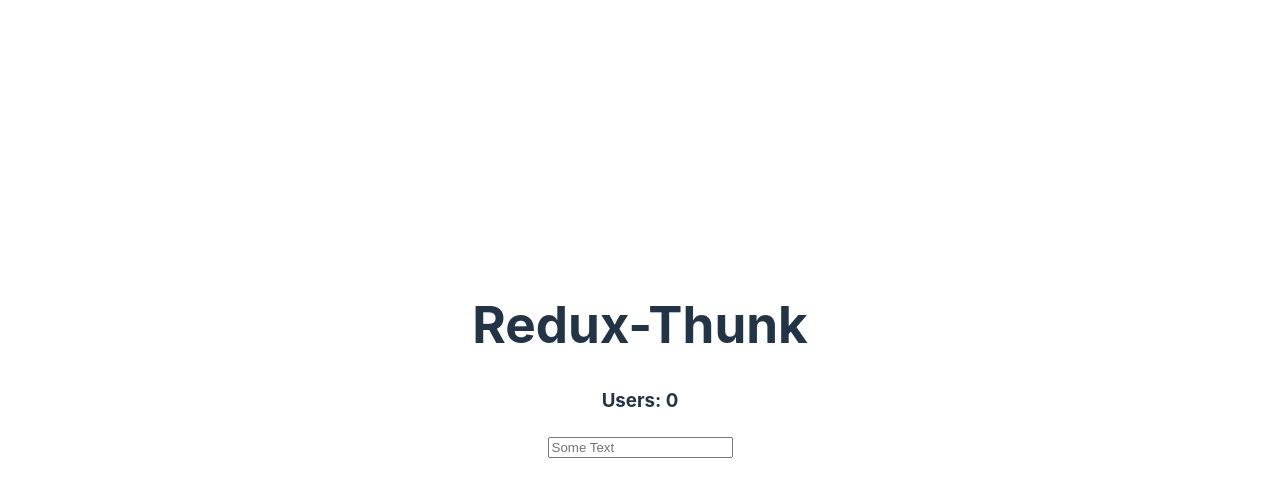
Repository: iveivs/mNepRe
Page: / (app in redux/redux-thunk/)
An editor plug-in stored every save of this project. The page is shown before and after a run of saves, followed by the edit.
The browser window is 1280 px wide. The pictures show the whole page.
The page's requests for data from a server got no answer. The project was rebuilt for these pictures with package versions that can differ from the ones it lists, and the page was loaded fresh each time. No one was signed in, and anything a server would have sent is missing. Also part of the build but not shown: redux/redux-thunk/vite.config.js.

Above is the page before, as saved 2024-03-21 16:02:29.

### redux/redux-thunk/src/main.jsx
import React from 'react'
import ReactDOM from 'react-dom/client'
import App from './App.jsx'
import './index.css'
import { Provider } from 'react-redux'
import { store } from './store/index.jsx'

ReactDOM.createRoot(document.getElementById('root')).render(
  <React.StrictMode>
    <Provider store={store}>
      <App />
    </Provider>

  </React.StrictMode>,
)

### redux/redux-thunk/src/App.jsx
import { Users } from './components/Users'
import { TodoList } from './components/TodoList'
import { useEffect } from 'react'
import { useDispatch } from 'react-redux'
import { loadUsers } from './users/users-actions'

import './App.css'

function App() {
  const dispatch = useDispatch()

  useEffect(() => {
    dispatch(loadUsers())
  }, [])
  return (
    <>
      <h1>Redux-Thunk</h1>
      <Users />
      < TodoList />
    </>
  )
}

export default App

### redux/redux-thunk/src/store/index.jsx
import { applyMiddleware, createStore } from "redux";
import { thunk } from "redux-thunk";
import { composeWithDevTools } from "@redux-devtools/extension";
import { rootReducer } from "./rootReducer";
export const store = createStore(
    rootReducer,
    composeWithDevTools(
        applyMiddleware(thunk),
    )
)

### redux/redux-thunk/src/components/Users.jsx
import { useSelector } from "react-redux"
export const Users = () => {
    const users = useSelector(state => state.users)
    return (
        <h3>
            Users: {users.length}
        </h3>
    )
}

### redux/redux-thunk/src/components/TodoList.jsx
import { useSelector } from "react-redux"
export const TodoList = () => {

    return (
        <>
        <input type="text"  placeholder="Some Text"/>
        </>
    )
}

### redux/redux-thunk/src/users/users-actions.jsx
export const ADD_USERS = "ADD_USERS"

export const addUsers = (users) => ({
    type: ADD_USERS,
    payload: users,
})

export const loadUsers = () => (dispatch) => {
    fetch("https://jsonplaceholder.typicode.com/users")
    .then(res => res.json())
    .then(data => dispatch(addUsers(data)))
}

### redux/redux-thunk/src/store/rootReducer.jsx
import { combineReducers } from "redux";
import { userReducer } from "../users/user-reducer";
import { todosReducer } from "../todos/todos-reducer";
export const rootReducer = combineReducers({
    users: userReducer,
    todos: todosReducer,
})

### redux/redux-thunk/src/users/user-reducer.jsx
import { ADD_USERS } from "./users-actions"
export const userReducer = (state = [], action) => {
    switch(action.type) {
        case ADD_USERS: {
            return action.payload
        }
        default:
            return state
    }
}

### redux/redux-thunk/src/todos/todos-reducer.jsx
import { ADD_TODOS } from "./todos-action"

export const todosReducer = (state = [], action) => {
    switch(action.type) {
        case(ADD_TODOS): {
            return action.payload
        }
        default:
            return state
    }
}

### redux/redux-thunk/src/todos/todos-action.jsx
export const ADD_TODOS = 'ADD_TODOS'

export const addTodos = (todos) => ({
        type: ADD_TODOS,
        payload: todos
})

export const loadTodos = () => (dispatch) => {
    fetch('https://jsonplaceholder.typicode.com/todos')
    .then(res => res.json())
    .then(data => dispatch(addTodos(data)))
}

Loaded but not shown: redux/redux-thunk/index.html (common file); redux/redux-thunk/src/index.css (common file); redux/redux-thunk/src/App.css (common file)

After the next 4 saves:
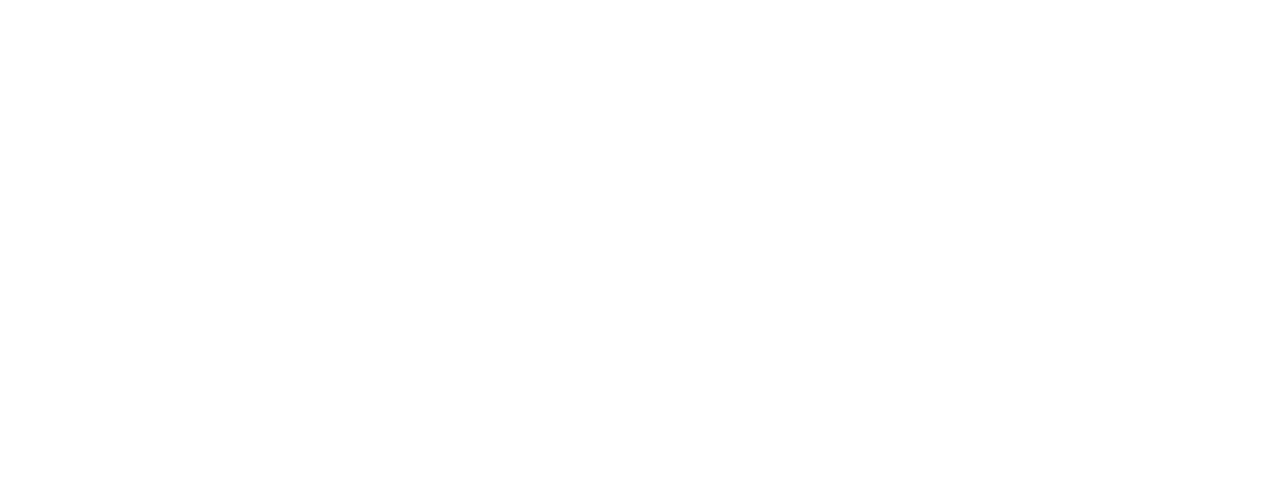
Console error (its wording comes from the project's code and is left out).
The 4 saves are shown as one change because they came seconds apart.
The last was saved 13 s later.
--- a/redux/redux-thunk/src/components/TodoList.jsx
+++ b/redux/redux-thunk/src/components/TodoList.jsx
@@ -1,6 +1,6 @@
 import { useSelector } from "react-redux"
 export const TodoList = () => {
-
+    const todos = useSelector()
     return (
         <>
         <input type="text"  placeholder="Some Text"/>

After the 2 saves that followed:
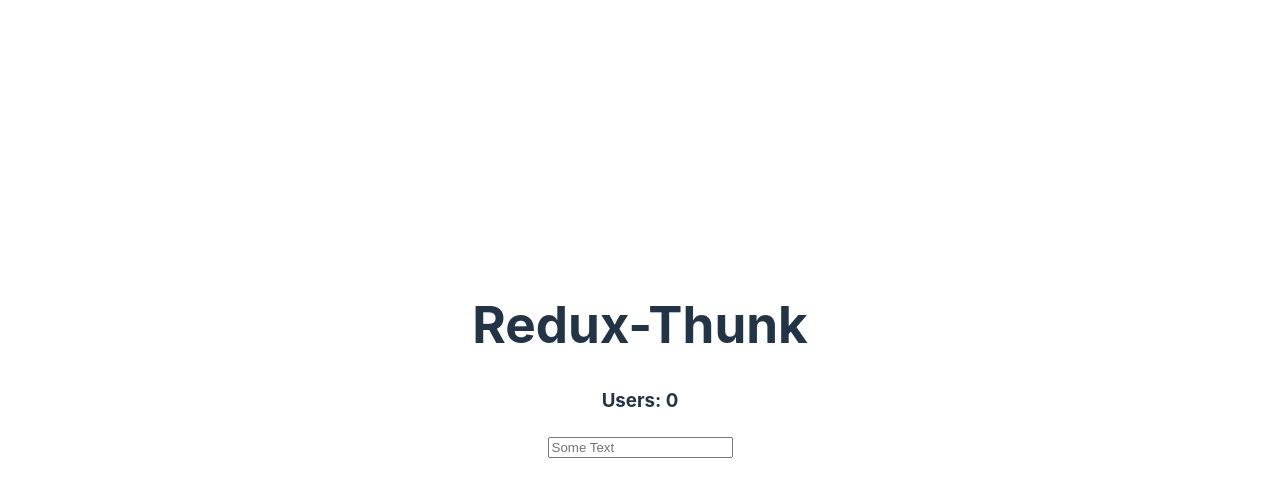
The error is gone.
The 2 saves are shown as one change because 1 left the picture as it was.
The last was saved 16 s later.
--- a/redux/redux-thunk/src/components/TodoList.jsx
+++ b/redux/redux-thunk/src/components/TodoList.jsx
@@ -1,6 +1,6 @@
 import { useSelector } from "react-redux"
 export const TodoList = () => {
-    const todos = useSelector()
+    const todos = useSelector(state => state.todos)
     return (
         <>
         <input type="text"  placeholder="Some Text"/>
